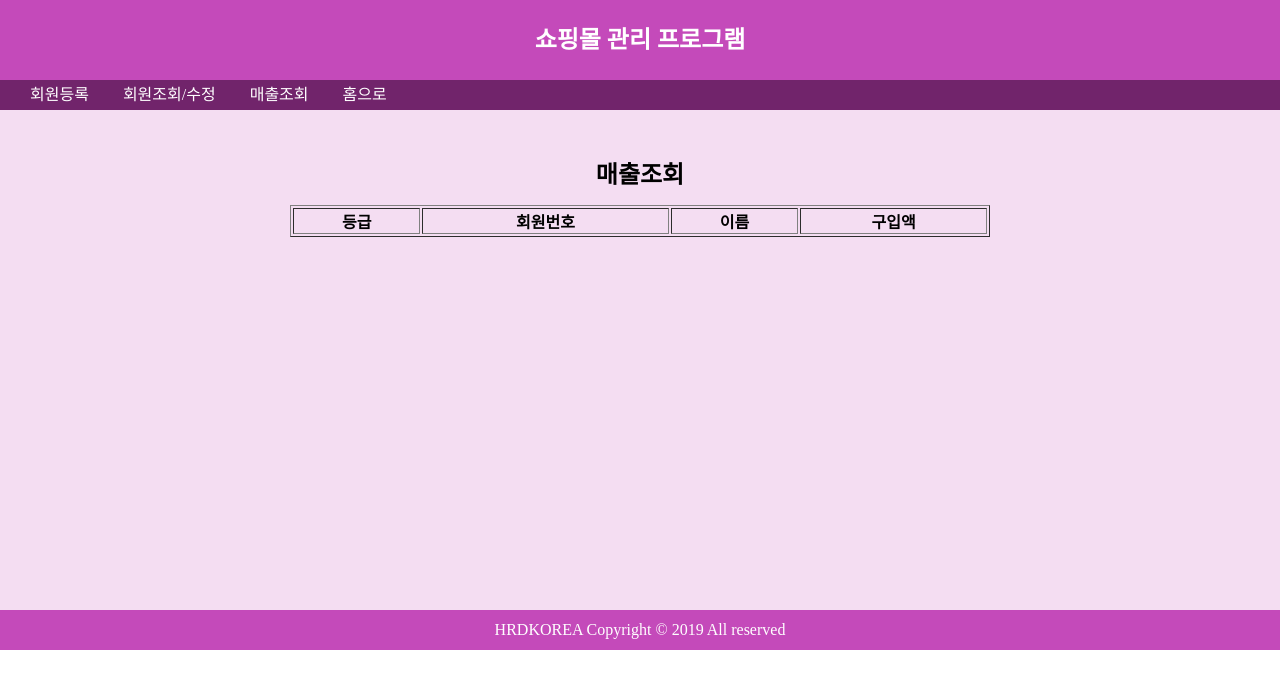
Repository: hyeoni2/-
Page: http://localhost/쇼핑몰관리/select2.jsp
An editor plug-in stored every save of this project. The page is shown before and after the next save, followed by the edit.
The browser window is 1280 px wide. The pictures show the whole page.
The page is served by Tomcat 9. Queries for data that is not in the repository find no rows.

Above is the page before, as saved 2021-04-14 00:52:12.

After the next save:
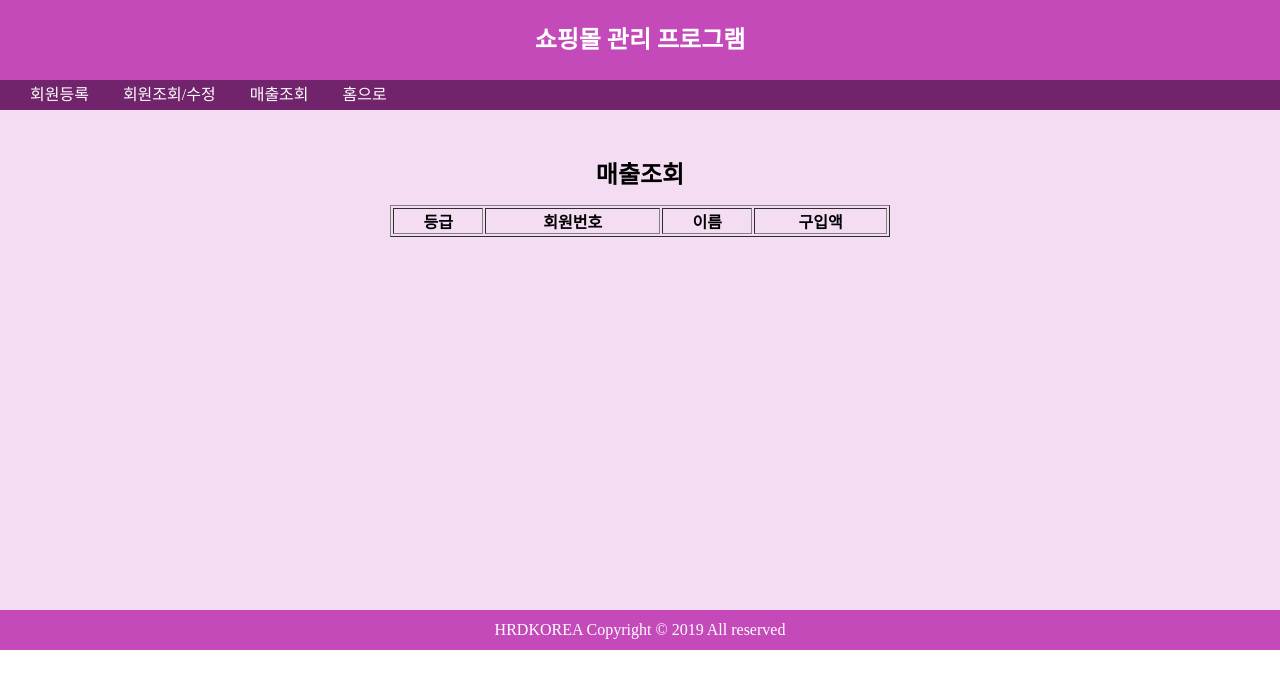
Saved 13 s later.
--- a/쇼핑몰관리/WebContent/select2.jsp
+++ b/쇼핑몰관리/WebContent/select2.jsp
@@ -14,7 +14,7 @@
 		</div>
 		<!-- table을 감싼 div에 height을 주고 넘쳐 흐를시 자동으로 스크롤바로 지정 -->
 		<div style = "height: 400px; overflow: auto; ">
-			<table border = "1" width = "700" style = "margin: 0 auto">
+			<table border = "1" width = "500" style = "margin: 0 auto">
 				<tr>
 					<th>등급</th>
 					<th>회원번호</th>
